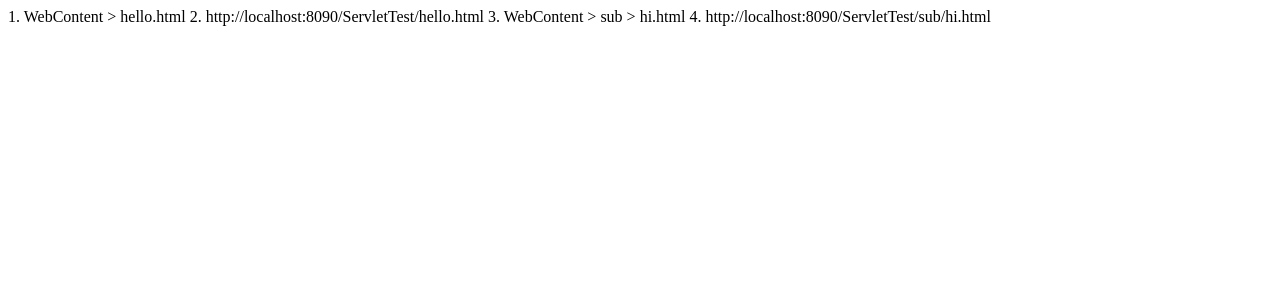
Repository: JeongWoo-Jang/Edu-Backup
Page: 6. SERVER/ServletTest/WebContent/hello.html
These files come from the project's save history. The page is drawn as it stood at one moment and after the next save; the edit follows.
The browser window is 1280 px wide. The pictures show the whole page.

Above is the page before, as saved 2020-07-27 00:38:57.

### 6. SERVER/ServletTest/WebContent/hello.html
<!DOCTYPE html>
<html>
<head>
<meta charset="UTF-8">
<title>Insert title here</title>
</head>
<body>

	1. WebContent > hello.html

	2. http://localhost:8090/ServletTest/hello.html

	3. WebContent > sub > hi.html

	4. http://localhost:8090/ServletTest/sub/hi.html

</body>
</html>

After the next save:
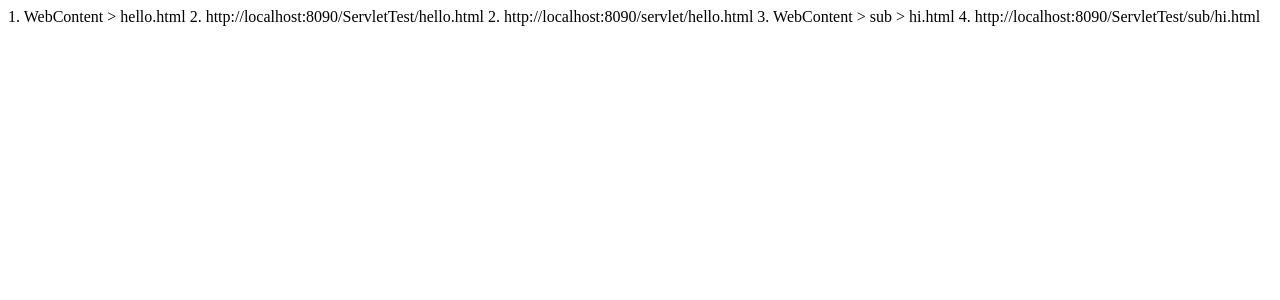
Saved 23 s later.
--- a/6. SERVER/ServletTest/WebContent/hello.html
+++ b/6. SERVER/ServletTest/WebContent/hello.html
@@ -9,6 +9,7 @@
 	1. WebContent > hello.html
 
 	2. http://localhost:8090/ServletTest/hello.html
+	2. http://localhost:8090/servlet/hello.html
 
 	3. WebContent > sub > hi.html
 
